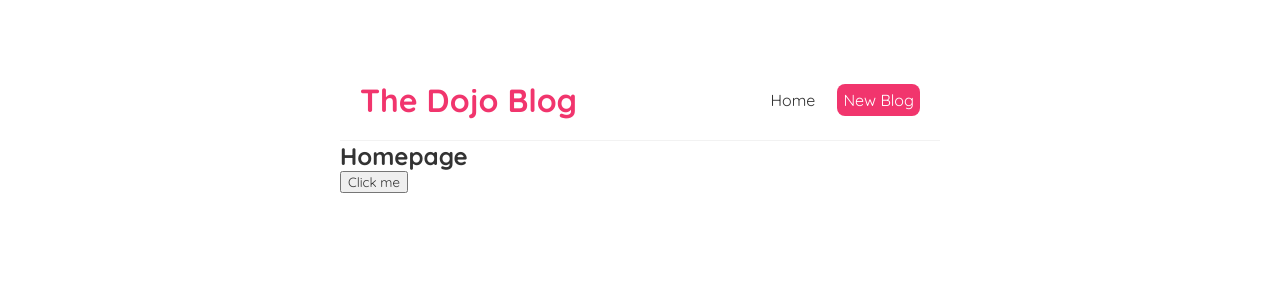
Repository: DESTINYAS/Reactjs
Page: /
An editor plug-in stored every save of this project. The page is shown before and after the next save, followed by the edit.
The browser window is 1280 px wide. The pictures show the whole page.
The project was rebuilt for these pictures with package versions that can differ from the ones it lists, and the page was loaded fresh each time.

Above is the page before, as saved 2022-11-28 22:39:10.

After the next save:
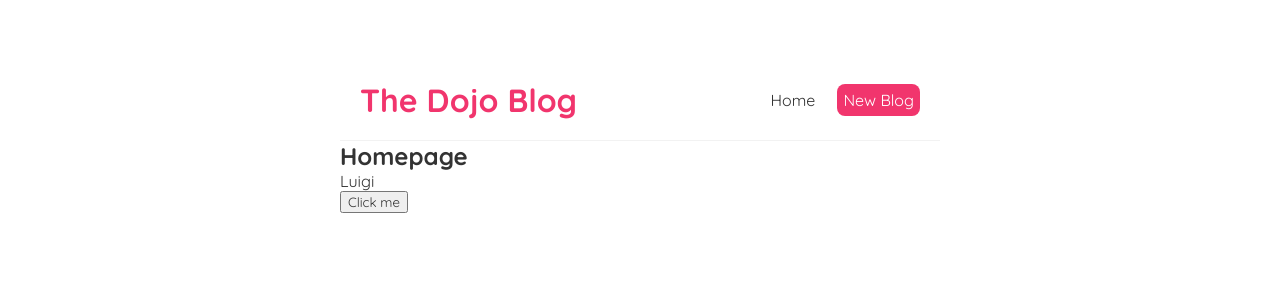
Saved 5 min 9 s later.
--- a/src/Home.js
+++ b/src/Home.js
@@ -1,11 +1,14 @@
 const Home = () => {
+  let name = "Luigi";
   const handleClick = (e) => {
+    name = "Mario";
     console.log("hello, ninjas", e);
   };
 
   return (
     <div className="home">
       <h2>Homepage</h2>
+      <p>{name}</p>
       <button onClick={handleClick}>Click me</button>
     </div>
   );
